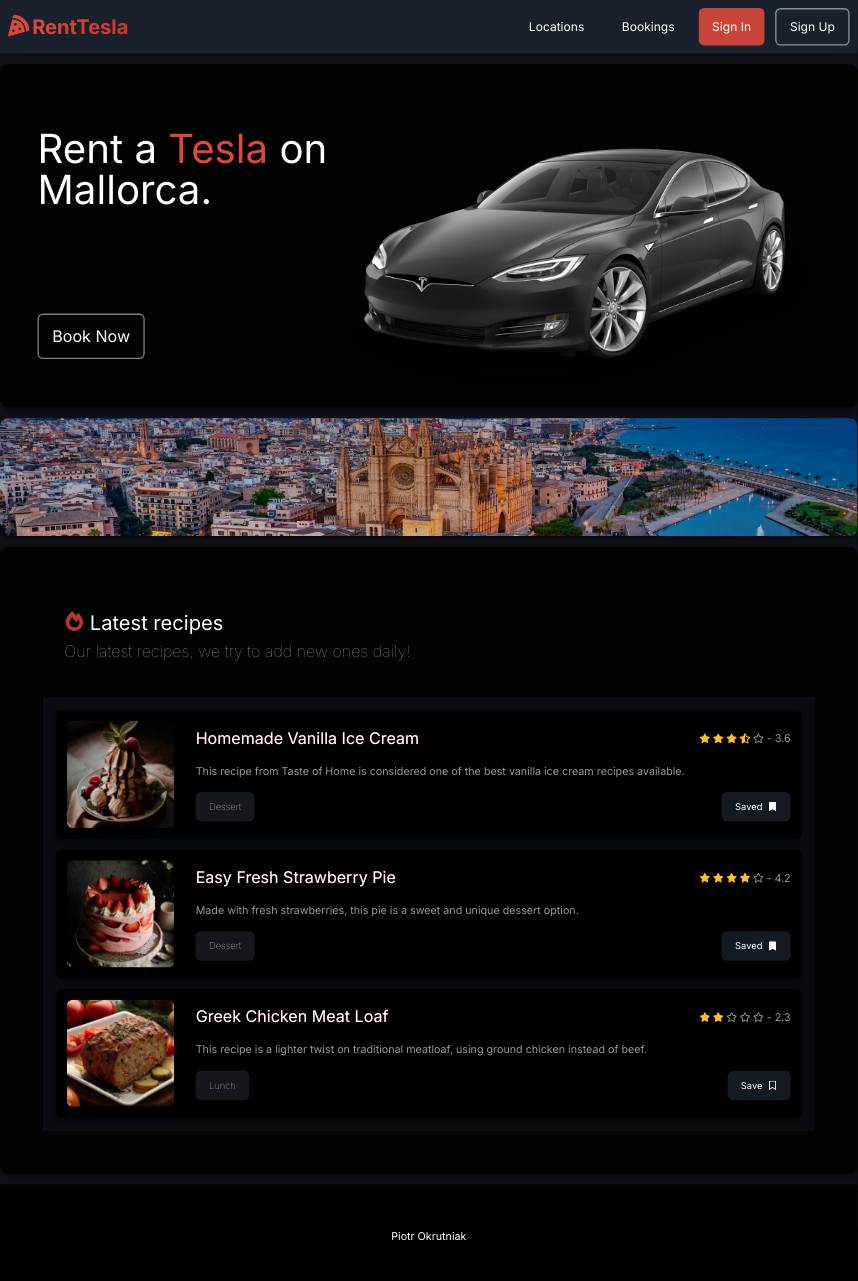
Repository: piotrokrutniak/RentallApp.UI
Page: /
An editor plug-in stored every save of this project. The page is shown before and after the next save, followed by the edit.
The browser window is 1280 px wide. The pictures show the whole page, at 67% of full size.
The project was rebuilt for these pictures with package versions that can differ from the ones it lists, and the page was loaded fresh each time. The framework's server and built-in components were replaced by stand-ins that run in the browser. Also part of the build but not shown: next.config.js.

Above is the page before, as saved 2023-10-05 21:10:17.

### src/app/layout.tsx
import './globals.css'
import type { Metadata } from 'next'
import { Inter } from 'next/font/google'
import NavBar from './components/navbar/navbar'
import Footbar from './components/footbar/footbar'

const inter = Inter({ subsets: ['latin'] })

export const metadata: Metadata = {
  title: 'Recipefy',
  description: 'Website with the tastiest recipes!',
}

export default function RootLayout({
  children,
}: {
  children: React.ReactNode
}) {
  return (
    <html lang="en">
      <body className={`${inter.className} bg-black`}>
        <div className="bg-slate-600/20 min-h-screen pb-4">
        <NavBar/>
        {children}
        </div>
        <Footbar/>
      </body>
    </html>
  )
}

### src/app/page.tsx
import Image, { StaticImageData } from 'next/image'
import { FaMugHot, FaCookieBite, FaHamburger, FaFireAlt, FaBookmark, FaRegBookmark } from 'react-icons/fa'
import CookingSvg from './components/svgComponents/CookingSvg'
import Rating from './components/generic/rating'
import Button from './components/generic/button'
import tesla from '../../public/media/tesla-mirrored.png'
import lunch from '../../public/media/mallorca-view.jpg'
import dessert from '../../public/media/dessert.jpg'
import strawberryCake from '../../public/media/recipes/strawberryCake.jpg'
import greekMeatLoaf from '../../public/media/recipes/greekMeatLoaf.jpg'
import vanillaIceCream from '../../public/media/recipes/vanillaIceCream.jpg'
import { useState } from 'react'
import { RecipeListing } from './components/generic/recipeListing'
import { Input } from 'postcss'
import SearchBar from './components/generic/searchBar'

export default function Home() {
  return (
    <main className="flex flex-col m-auto gap-4">
      <section id="header-section" className='max-w-7xl bg-black/90 m-auto w-full px-14 py-8 rounded-xl mt-4 shadow-md shadow-black/40'>
        <div className="sm:p-8 pb-14 flex justify-between">

        </div>
        <div className='w-full flex justify-between'>
          <div className="flex flex-col gap-10 justify-between pb-10 text-white">
          <h1 className="text-5xl md:text-6xl"> Rent a <span className="text-vermilion-400">Tesla</span> on Mallorca. </h1>
          <Button className="w-fit py-4 rounded-lg shadow-md shadow-black hover:bg-vermilion-500 bg-transparent capitalize border-white/50 hover:border-vermilion-500 border-2 text-2xl">
            Book Now
          </Button>
          </div>
          <div className="relative w-full h-96 left-0 flex gap-10 pt-3 overflow-x-auto m-auto justify-around select-none pb-10">
              <Image src={tesla} layout="fill" objectFit="contain" alt="Breakfast Photo" className="h-96 group-hover:opacity-50"/>
          </div>
        </div>
      </section>

      <section id="searchbar-section" className='overflow-clip max-w-7xl relative bg-black/90 px-7 h-44 m-auto w-full  p-8 sm:px-16 rounded-xl shadow-md shadow-black/40 flex-col'>
        <Image src={lunch} layout="fill" objectFit="cover" alt="Breakfast Photo" className="w-full opacity-80 group-hover:opacity-50"/>
      </section>

      <section id="top-picks-section" className='max-w-7xl bg-black/90 m-auto w-full sm:p-8 rounded-xl shadow-md shadow-black/40 flex-col'>
        <div className="lg:p-8 pb-14 flex flex-col gap-5">
          <div className="p-8">
            <h1 className="text-3xl text-white flex gap-2 pb-2" > <FaFireAlt className="opacity-80 fill-vermilion-400"/> Latest recipes</h1>
            <p className="text-2xl font-thin text-white/60 flex gap-2" > Our latest recipes, we try to add new ones daily!</p>
          </div>
          <div className="w-full h-fit p-5 bg-slate-800/25 flex flex-col gap-4">
            <RecipeListing title="Homemade Vanilla Ice Cream"
              desc="This recipe from Taste of Home is considered one of the best vanilla ice cream recipes available."
              image={vanillaIceCream}
              rating={3.6}
              saved={true}
              tags={["Dessert"]}/>
            <RecipeListing title="Easy Fresh Strawberry Pie"
              desc="Made with fresh strawberries, this pie is a sweet and unique dessert option."
              image={strawberryCake}
              rating={4.2}
              saved={true}
              tags={["Dessert"]}/>
            <RecipeListing title="Greek Chicken Meat Loaf"
              desc="This recipe is a lighter twist on traditional meatloaf, using ground chicken instead of beef."
              image={greekMeatLoaf}
              rating={2.3}
              saved={false}
              tags={["Lunch"]}/>
          </div>
        </div>
      </section>
    </main>
  )
}

### src/app/globals.css
@tailwind base;
@tailwind components;
@tailwind utilities;

:root {}

@media (prefers-color-scheme: dark) {
  :root {}
}

body {}

### src/app/components/navbar/navbar.tsx
"use client"

import { FaPizzaSlice, FaBars } from "react-icons/fa"
import { BsX } from "react-icons/bs"
import Button from "../generic/button"
import { useState } from "react"
import Link from "next/link"


export default function NavBar(){
    const [showMobile, setShowMobile] = useState(false)

    return(
        <div className="bg-black/80 sticky top-0 z-20 backdrop-blur-xl">
            <div className="w-full flex bg-slate-700/50 ">
                <div className="p-3 m-auto w-full flex max-w-7xl justify-between items-center">
                    <Link href="/">
                    <div className="flex gap-1 h-fit select-none cursor-pointer active:opacity-80 hover:border-b-2 hover:pb-1 active:pb-0
                            border-opacity-0 border-vermilion-400 hover:border-opacity-100 border-b-0 transition-all">
                        <FaPizzaSlice className="h-full w-8 fill-vermilion-400"/>
                        <h1 className="text-3xl font-bold text-transparent bg-clip-text bg-gradient-to-r from-vermilion-400 to-vermilion-500">RentTesla</h1>
                    </div>
                    </Link>
                    <div className="hidden text-lg gap-4 md:flex">
                        <Button className="text-white bg-transparent active:bg-slate-100/5 hover:bg-slate-100/5 shadow-black/40 hover:shadow-md"
                            onClick={undefined}>
                            Locations
                        </Button>
                        <Button className="text-white bg-transparent active:bg-slate-100/5 hover:bg-slate-100/5 shadow-black/40 hover:shadow-md"
                            onClick={undefined}>
                            Bookings
                        </Button>
                        <Button className="text-white bg-vermilion-400 shadow-black/40 hover:shadow-md"
                            onClick={undefined}>
                            Sign In
                        </Button>
                        <Button className="text-white bg-transparent capitalize border-2 border-white/50 hover:border-vermilion-400 hover:text-vermilion-400
                            active:opacity-80 shadow-black/40 hover:shadow-md"
                            onClick={undefined}>
                            Sign Up
                        </Button>
                    </div>
                    <div className="md:hidden">
                        <FaBars className="h-10 w-10 fill-white cursor-pointer hover:fill-vermilion-400 active:opacity-80" onClick={() => setShowMobile(true)}/>
                    </div>
                    <div className={`${showMobile ? "" : "translate-x-full"} absolute w-screen h-screen bg-black left-0 top-0 md:hidden transition-all z-50 ease-in-out`}>
                    <div id="mobile-header" className="flex flex-row-reverse w-full">
                        <BsX className="fill-white w-16 h-16 cursor-pointer hover:fill-vermilion-400" onClick={() => setShowMobile(false)}/>
                    </div>
                    <div id="mobile-body">XDDDDDDDDDDDDDDDDD</div>
                    </div>
                </div>
            </div>
        </div>
    )
}

### src/app/components/footbar/footbar.tsx
export default function Footbar(){
    return(
        <div className="w-full h-20 bg-black mt-16 text-center text-white">
            Piotr Okrutniak
        </div>
    )
}

### src/app/components/generic/button.tsx
import { MouseEventHandler } from "react";

export default function Button({ children, className, onClick, disabled } : { children: React.ReactNode, className: string, onClick: undefined | MouseEventHandler<HTMLButtonElement>, disabled?: boolean }){
    return(
        <button className={`${className} px-5 py-3 rounded-lg bg-blue-500 bg-opacity-90 active:bg-opacity-80 hover:bg-opacity-100 cursor-pointer transition-all flex items-center gap-2 place-items-center`}
            onClick={onClick}
            disabled={disabled}>
            {children}
        </button>
    )
}

### src/app/components/generic/recipeListing.tsx
"use client";
import Image, { StaticImageData } from "next/image"
import Rating from "./rating"
import Button from "./button"
import { FaMugHot, FaCookieBite, FaHamburger, FaFireAlt, FaBookmark, FaRegBookmark } from 'react-icons/fa'
import { useState } from "react"

export function RecipeListing({rating = 0, title, desc, tags, image, saved,}:
    {rating: number | undefined, title: string | undefined, desc: string | undefined, tags: string[], image: StaticImageData | string, saved: boolean }){
      const [isSaved, setSaved] = useState(saved)

      return(
        <div className="w-full p-4 md:h-48 bg-black hover:bg-slate-500/20 rounded-lg shadow-md shadow-black/40 flex flex-col md:flex-row md:justify-between gap-8 items-center text-white group">
          <div className='h-64 w-full md:w-40 md:h-40 shrink-0 rounded-lg overflow-hidden relative cursor-pointer'>
            <Image src={image} layout="fill" objectFit="cover" alt="Breakfast Photo"/>
          </div>
          <div className="h-fit w-full items-center">
            <div className="flex justify-between items-center">
              <h1 className="text-2xl cursor-pointer bg-clip-text hover:text-transparent bg-gradient-to-r from-vermilion-500 to-vermilion-400">{title ?? "Recipe Name"}</h1>
              <Rating rating={rating}/>
            </div>
            <div className="flex justify-between items-center pt-5">
              <p className="text-white/60">{desc ?? "Description"}</p>
            </div>
            <div className="flex justify-between items-center pt-5">
              {tags.map(x => <Button className="bg-slate-500/20 hover:bg-slate-500/40 text-sm font-thin py-1" onClick={undefined}>{x}</Button>)}
              <Button className="bg-slate-700/40 hover:bg-vermilion-500/90 active:opacity-80 text-sm font-normal py-1 transition-all flex items-center gap-2"
                onClick={() => setSaved(x => !x)}>
                {isSaved ? <>Saved <FaBookmark/></> : <>Save <FaRegBookmark/></>}
                </Button>
            </div>
          </div>
        </div>
      )
  }

### src/app/components/generic/rating.tsx
import { FaStar, FaStarHalf, FaStarHalfAlt, FaRegStar} from 'react-icons/fa'
import { IconType } from 'react-icons'

export default function Rating({rating = 0,}: {rating: number | undefined | void}){
    const defaultRating: boolean[] = [false, false, false, false, false]

    const initRating: number = rating

    const ratings: React.JSX.Element[] = []

    for(let i: number = 0; i < 5; i++){
        rating >= 1 ?  ratings.push(<Star filled={true}/>) : ratings.push(rating >= 0.5 ? <HalfStar/> : <Star filled={false}/>)
        rating -= 1;
    }



    return(
        <div className="flex gap-1 items-center shrink-0 text-white/60">
            {ratings} - {initRating}
        </div>
    )
}

function Star({filled = false,}: {filled: boolean}){
    return filled ? <FaStar className="fill-amber-400"/> : <FaRegStar/>
}

function HalfStar(){
    return <FaStarHalfAlt className="fill-amber-400"/>
}

### tailwind.config.js
/** @type {import('tailwindcss').Config} */
module.exports = {
  content: [
    './src/pages/**/*.{js,ts,jsx,tsx,mdx}',
    './src/components/**/*.{js,ts,jsx,tsx,mdx}',
    './src/app/**/*.{js,ts,jsx,tsx,mdx}',
  ],
  theme: {
    extend: {
      backgroundImage: {
        'gradient-radial': 'radial-gradient(var(--tw-gradient-stops))',
        'gradient-conic':
          'conic-gradient(from 180deg at 50% 50%, var(--tw-gradient-stops))',
      },
      height:{
        '112': '28rem',
        '128': '32rem',
      },
      width:{
        '112': '28rem',
        '128': '32rem',
      },
      colors:{
        "emerald":{
          "50": "#b0fde8",
          "100": "#60FBD2",
          "200": "#24F9C1",
          "400": "#06EFB1",
          "500": "#06d6a0",
        },
        "paygray":{
          "50": "#CED9DE",
          "100": "#aabcc5",
          "200": "#7996A4",
          "400": "#638292",
          "500": "#5A7684",
        },
        "vermilion":{
          "50": "#f0afa8",
          "100": "#ea8f85",
          "200": "#E06052",
          "400": "#dc493a",
          "500": "#d03625",
        },

      },
      minWidth:{
        'mobile': '360px',
        '54': '258px',
      },
      screens:{
        'xs': '580px',
        '850': '850px',
      },
    },
  },
  plugins: [],
}

After the next save:
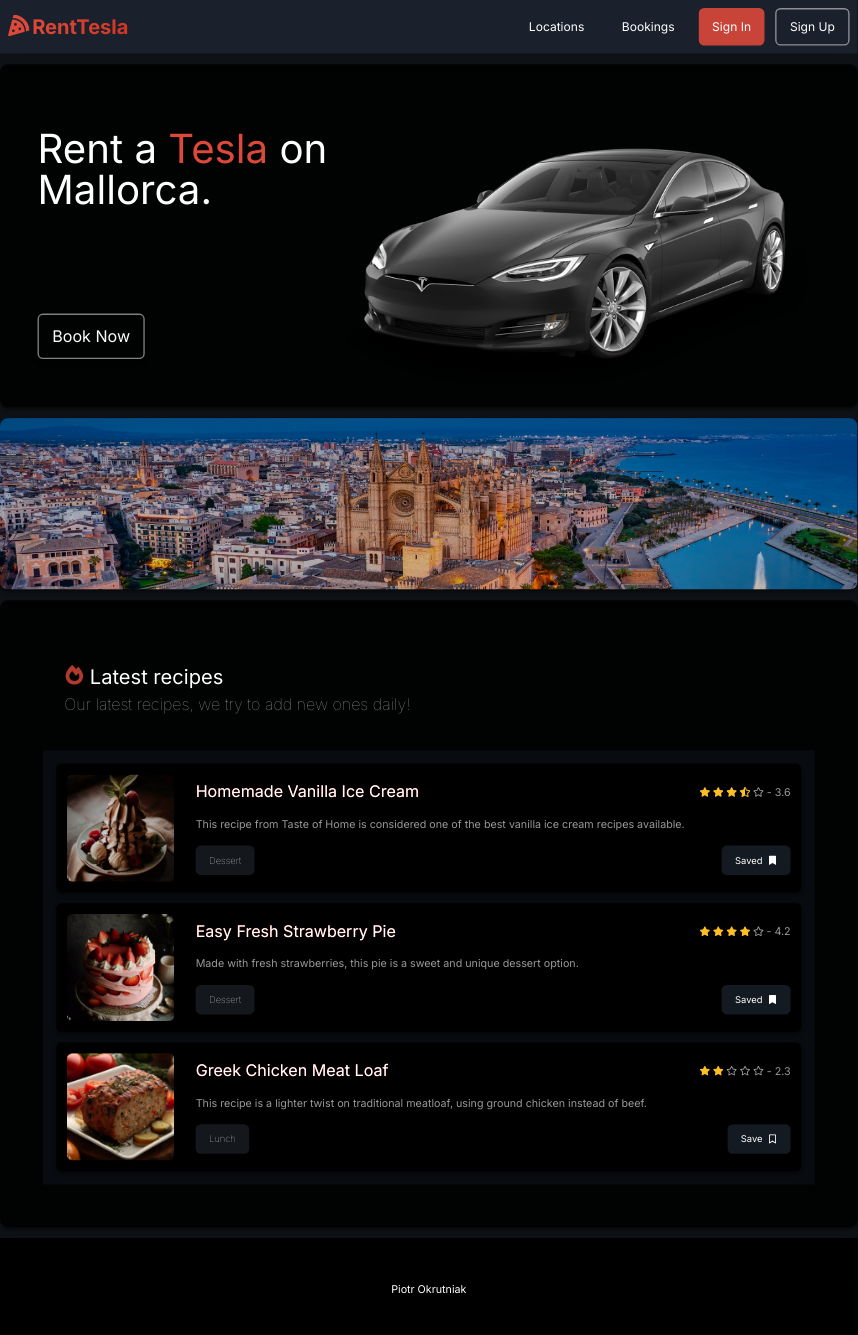
Saved 10 s later.
--- a/src/app/page.tsx
+++ b/src/app/page.tsx
@@ -34,7 +34,7 @@
         </div>
       </section>
 
-      <section id="searchbar-section" className='overflow-clip max-w-7xl relative bg-black/90 px-7 h-44 m-auto w-full  p-8 sm:px-16 rounded-xl shadow-md shadow-black/40 flex-col'>
+      <section id="searchbar-section" className='overflow-clip max-w-7xl relative bg-black/90 px-7 h-64 m-auto w-full  p-8 sm:px-16 rounded-xl shadow-md shadow-black/40 flex-col'>
         <Image src={lunch} layout="fill" objectFit="cover" alt="Breakfast Photo" className="w-full opacity-80 group-hover:opacity-50"/>
       </section>
 
